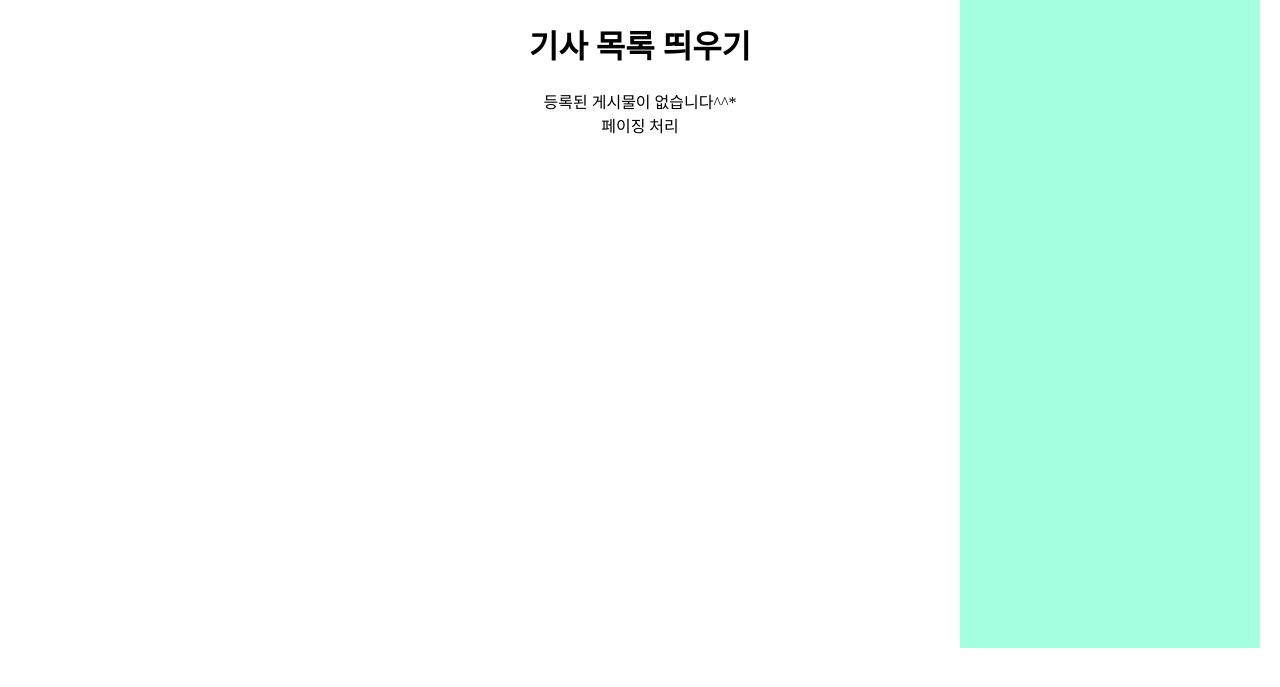
Repository: Jadeyj-713/miniproject2
Page: http://localhost/yeogi/pList.do
The author's editor kept a copy of each file at every save. The page is drawn from the files as they stood at one save, then again after the next save.
The browser window is 1280 px wide. The pictures show the whole page.
The page is served by Tomcat 9. Queries for data that is not in the repository find no rows.

Above is the page before, as saved 2025-04-01 01:55:22.

After the next save:
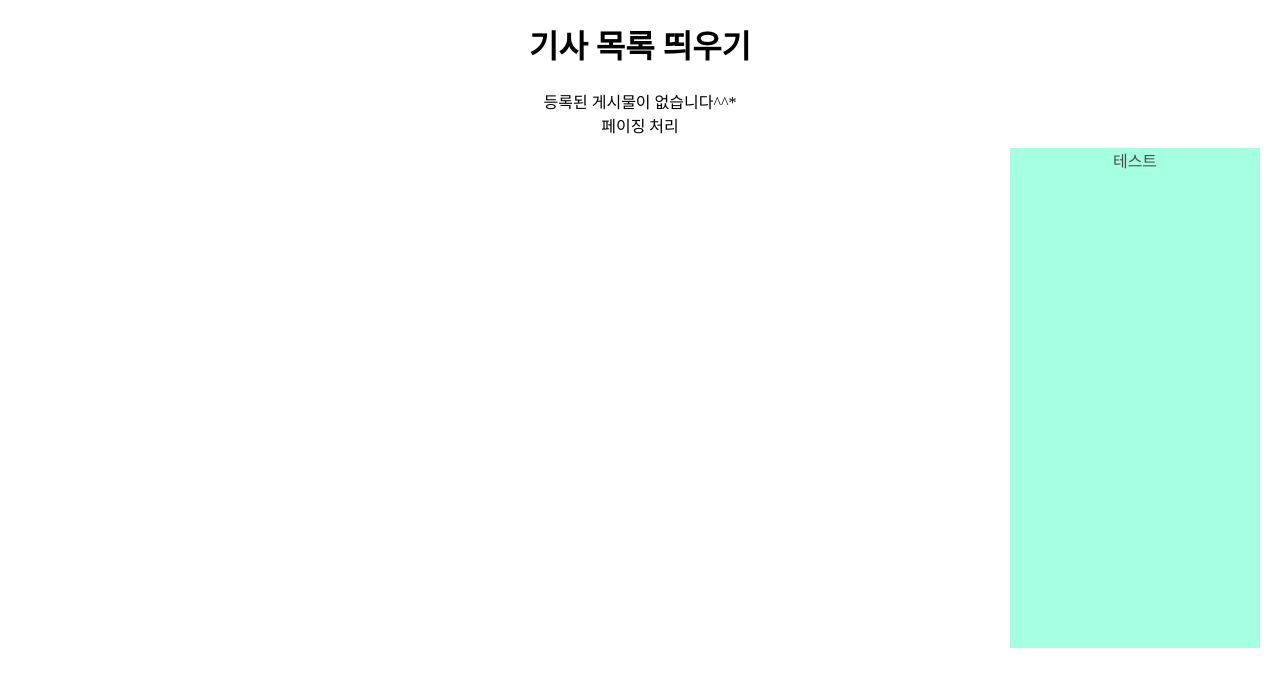
Saved 23 min 0 s later.
--- a/yeogi/src/main/webapp/mini2/pList.jsp
+++ b/yeogi/src/main/webapp/mini2/pList.jsp
@@ -26,8 +26,8 @@
 			position: fixed;
 			right: 20px;
 			bottom: 10vh;
-			width: 300px;
-			height: 700px;
+			width: 250px;
+			height: 500px;
 			background-color: aquamarine;
 			opacity: 70%;
 		}
